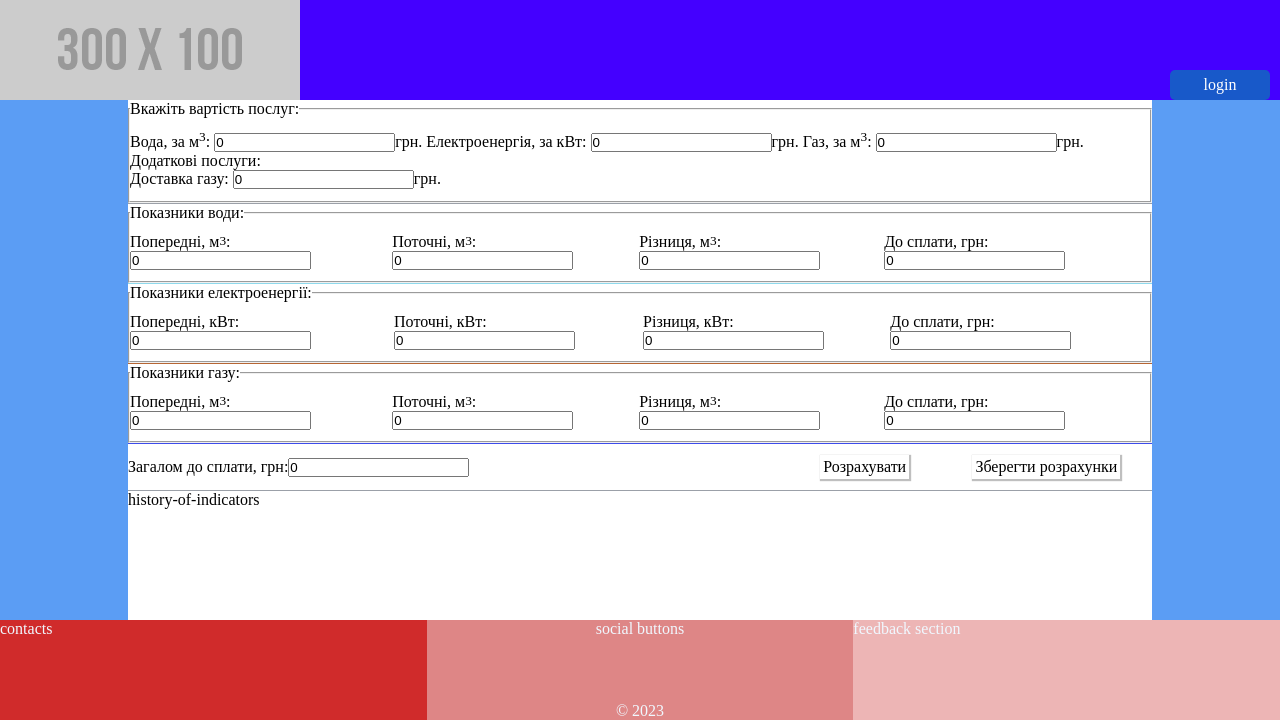
Repository: ruslan-horaiskyi/utility-calculator
Page: calculation-page.html
An editor plug-in stored every save of this project. The page is shown before and after the next save, followed by the edit.
The browser window is 1280 px wide. The pictures show the whole page.

Above is the page before, as saved 2023-02-06 18:27:54.

### calculation-page.html
<!DOCTYPE html>
<html lang="en">
  <head>
    <meta charset="UTF-8" />
    <meta http-equiv="X-UA-Compatible" content="IE=edge" />
    <meta name="viewport" content="width=device-width, initial-scale=1.0" />
    <title>Utility Calculator</title>
    <link rel="stylesheet" href="./css/main.css" />
    <link rel="stylesheet" href="./css/calculation-page.css" />
  </head>

  <body>
    <div class="wrapper">
      <div class="wrapper_header">
        <div class="header_logo">
          <div><img class="logo_img" src="./img/300x100.png" alt="logo" /></div>
        </div>
        <div class="header_userbar">
          <div class="login_button">login</div>
        </div>
      </div>
      <div class="wrapper__main_content">
        <div class="calculation_area">
          <form class="calculation_form">
            <div class="calculation_form__costs utilities">
              <fieldset class="costs_fieldset">
                <legend class="costs_legend">Вкажіть вартість послуг:</legend>
                <div>
                  <label
                    >Вода, за м<sup>3</sup>:
                    <input
                      type="number"
                      id="water_cost"
                      class="input cost_input"
                      min="0"
                      value="0"
                      placeholder="Вода"
                    />грн.</label
                  >
                  <label
                    >Електроенергія, за кВт:
                    <input
                      type="number"
                      id="electricity_cost"
                      class="input cost_input"
                      placeholder="Електроенергія"
                      min="0"
                      value="0"
                    />грн.</label
                  >
                  <label
                    >Газ, за м<sup>3</sup>:
                    <input
                      type="number"
                      id="gas_cost"
                      class="input cost_input"
                      placeholder="Газ"
                      min="0"
                      value="0"
                    />грн.</label
                  >
                </div>
                <div>Додаткові послуги:</div>
                <div class="additional_services__div">
                  <label
                    >Доставка газу:
                    <input
                      type="number"
                      id="gas_delivery"
                      class="input"
                      placeholder="Вартість послуги"
                      min="0"
                      value="0"
                    />грн.</label
                  >
                </div>
              </fieldset>
            </div>

            <div class="calculation_form__water_indicators utilities">
              <fieldset class="utilities_fieldset">
                <legend class="water_indicators_legend">Показники води:</legend>
                <label class="utilities_label"
                  >Попередні, м<sup>3</sup>:
                  <input
                    class="input indicator_input"
                    type="number"
                    id="previous_water"
                    name="previous_water"
                    placeholder="000000"
                    value="0"
                    min="0"
                /></label>
                <label class="utilities_label"
                  >Поточні, м<sup>3</sup>:
                  <input
                    class="input indicator_input"
                    type="number"
                    id="current_water"
                    name="current_water"
                    placeholder="000000"
                    min="0"
                    value="0"
                /></label>
                <label class="utilities_label"
                  >Різниця, м<sup>3</sup>:
                  <div>
                    <input
                      class="input difference_input"
                      type="text"
                      id="water_difference"
                      placeholder="0"
                      value="0"
                      min="0"
                      readonly
                    /></div
                ></label>
                <label class="utilities_label"
                  >До сплати, грн:
                  <div>
                    <input
                      class="input to_pay__input"
                      type="number"
                      id="water_to_pay"
                      value="0"
                      min="0"
                      readonly
                    /></div
                ></label>
              </fieldset>
            </div>

            <div class="calculation_form__electricity_indicators utilities">
              <fieldset class="utilities_fieldset">
                <legend class="electricity_indicators_legend">
                  Показники електроенергії:
                </legend>
                <label class="utilities_label"
                  >Попередні, кВт:
                  <input
                    class="input indicator_input"
                    type="number"
                    id="previous_electricity"
                    name="previous_electricity"
                    placeholder="000000"
                    min="0"
                    value="0"
                /></label>
                <label class="utilities_label"
                  >Поточні, кВт:
                  <input
                    class="input indicator_input"
                    type="number"
                    id="current_electricity"
                    name="current_electricity"
                    placeholder="000000"
                    min="0"
                    value="0"
                /></label>
                <label class="utilities_label"
                  >Різниця, кВт:
                  <div>
                    <input
                      class="input difference_input"
                      type="number"
                      id="electricity_difference"
                      placeholder="0"
                      value="0"
                      min="0"
                      readonly
                    /></div
                ></label>
                <label class="utilities_label"
                  >До сплати, грн:
                  <div>
                    <input
                      class="input to_pay__input"
                      type="number"
                      id="electricity_to_pay"
                      value="0"
                      min="0"
                      readonly
                    /></div
                ></label>
              </fieldset>
            </div>

            <div class="calculation_form__gas_indicators utilities">
              <fieldset class="utilities_fieldset">
                <legend class="gas_indicators_legend">Показники газу:</legend>
                <label class="utilities_label"
                  >Попередні, м<sup>3</sup>:
                  <input
                    class="input indicator_input"
                    type="number"
                    id="previous_gas"
                    name="previous_gas"
                    placeholder="000000"
                    min="0"
                    value="0"
                /></label>
                <label class="utilities_label"
                  >Поточні, м<sup>3</sup>:
                  <input
                    class="input indicator_input"
                    type="number"
                    id="current_gas"
                    name="current_gas"
                    placeholder="000000"
                    min="0"
                    value="0"
                /></label>
                <label class="utilities_label"
                  >Різниця, м<sup>3</sup>:
                  <div>
                    <input
                      class="input difference_input"
                      type="number"
                      id="gas_difference"
                      placeholder="0"
                      value="0"
                      min="0"
                      readonly
                    /></div
                ></label>
                <label class="utilities_label"
                  >До сплати, грн:
                  <div>
                    <input
                      class="input to_pay__input"
                      type="number"
                      id="gas_to_pay"
                      value="0"
                      min="0"
                      readonly
                    /></div
                ></label>
              </fieldset>
            </div>

            <div class="calculation_form__total_payment utilities">
              <label class="utilities_label" id="total_to_pay__label"
                >Загалом до сплати, грн:
                <div>
                  <input
                    class="input"
                    type="number"
                    id="total_to_pay"
                    value="0"
                    min="0"
                    readonly
                  /></div
              ></label>
              <div id="calculate_buttons_block">
                <div id="calculate_button" class="button">
                  Розрахувати
                </div>
                <div id="save_calculation__button" class="button">
                  Зберегти розрахунки
                </div>
              </div>
            </div>
          </form>

          <div class="history_of_indicators utilities">
            <div>history-of-indicators</div>
          </div>
        </div>
      </div>

      <div class="wrapper_footer">
        <div class="footer_contacts"><span>contacts</span></div>
        <div class="footer_social">
          <span>social buttons</span>
          <div class="current_year">&copy; <span id="current_year"></span></div>
        </div>
        <div class="footer_feedback"><span>feedback section</span></div>
      </div>
    </div>
    <script src="./js/main.js"></script>
    <script src="./js/calculation-page.js"></script>
  </body>
</html>

### css/main.css
* {
  margin: 0;
  padding: 0;
}

.wrapper {
  display: flex;
  flex-direction: column;
  min-height: 100vh;
}

.wrapper_header {
  display: flex;
  height: 100px;
  background-color: green;
}

.header_logo {
  width: max-content;
  background-color: aqua;
}

.header_userbar {
  background-color: rgb(68, 0, 255);
  flex: 1;
  display: flex;
  justify-content: flex-end;
  align-items: flex-end;
  padding: 0 10px;
}

.login_button {
  display: flex;
  width: 100px;
  height: 30px;
  border: none;
  border-radius: 5px;
  color: #fff;
  background-color: #1859c9;
  cursor: pointer;
  align-items: center;
  justify-content: center;
}

.header_userbar_login_button:hover {
  background-color: #1859c9db;
}

.wrapper_footer {
  display: flex;
  height: 100px;
  flex: 0 0 auto;
  color: aliceblue;
  background-color: black;
}

.footer_contacts {
  flex: 1;
  height: 100px;
  background-color: rgb(208, 43, 43);
}

.footer_social {
  display: flex;
  flex-direction: column;
  flex: 1;
  align-items: center;
  justify-content: space-between;
  height: 100px;
  background-color: rgb(222, 134, 134);
}

.footer_feedback {
  flex: 1;
  height: 100px;
  background-color: rgb(237, 181, 181);
}

### css/calculation-page.css
.wrapper__main_content {
  display: flex;
  flex-direction: column;
  justify-content: flex-start;
  align-items: center;
  flex-grow: 1;
  background-color: rgb(91, 157, 244);
}

.calculation_area {
  display: flex;
  flex-direction: column;
  flex-grow: 1;
  width: 100%;
  max-width: 1024px;
  background-color: #b0264b;
}

.calculation_form {
  display: flex;
  flex-direction: column;
  flex-grow: 1;
}

.costs_fieldset {
  display: flex;
  flex-direction: column;
  justify-content: center;
  width: 100%;
}

.utilities {
  display: flex;
  align-items: stretch;
  flex-grow: 1;
  background-color: #fff;
}

.utilities_label {
  display: flex;
  flex-wrap: wrap;
}

:focus::placeholder {
  color: transparent;
}

.utilities_fieldset {
  display: flex;
  align-items: center;
  width: 100%;
}

.calculation_form__costs {
  border-bottom: 1px #9ba0a8 solid;
}

.calculation_form__water_indicators {
  border-bottom: 1px #8ed9ec solid;
}

.calculation_form__electricity_indicators {
  border-bottom: 1px #b66634 solid;
}

.calculation_form__gas_indicators {
  border-bottom: 1px #3e4cea solid;
}

.calculation_form__total_payment {
  display: flex;
  justify-content: space-between;
  align-items: center;
  border-bottom: 1px #9ba0a8 solid;
}

#total_to_pay__label {
  flex-grow: 3;
}

#calculate_buttons_block {
  display: flex;
  flex-grow: 1;
  justify-content: space-around;
}

.button {
  box-shadow: 1px 1px 1px 1px rgb(0, 0, 0, 0.25);
  padding: 3px 3px;
  margin: 0 5px;
  display: flex;
  align-items: center;
  text-align: center;
}

.history_of_indicators {
  display: flex;
  flex-direction: column;
  flex-grow: 1;
  overflow-y: auto;
  max-height: 250px;
  width: 100%;
}

### js/main.js
// Header section
const logoImg       = document.querySelector('.logo_img'),
      headerUserbar = document.querySelector('.header_userbar'),
      loginButton   = document.querySelector('.login_button');

// Copyright
const year = document.getElementById("current_year");

year.innerHTML = new Date().getFullYear();

### js/calculation-page.js
// Utilities price
const waterCost = document.getElementById("water_cost"),
  electricityCost = document.getElementById("electricity_cost"),
  gasCost = document.getElementById("gas_cost"),
  gasDelivery = document.getElementById("gas_delivery");

// Water indicators
const previousWater = document.getElementById("previous_water"),
  currentWater = document.getElementById("current_water"),
  waterDifference = document.getElementById("water_difference"),
  waterToPay = document.getElementById("water_to_pay");

// Electricity indicators
const previousElectricity = document.getElementById("previous_electricity"),
  currentElectricity = document.getElementById("current_electricity"),
  electricityDifference = document.getElementById("electricity_difference"),
  electricityToPay = document.getElementById("electricity_to_pay");

// Gas indicators
const previousGas = document.getElementById("previous_gas"),
  currentGas = document.getElementById("current_gas"),
  gasDifference = document.getElementById("gas_difference"),
  gasToPay = document.getElementById("gas_to_pay");

// Total to pay and save calculation button
const totalToPay = document.getElementById("total_to_pay"),
  saveCalculationButton = document.getElementById("save_calculation__button"),
  calculateButton = document.getElementById("calculate_button");

// History of indicators
const historyOfIndicators = document.querySelector(".history_of_indicators");

const indicatorInputs = document.querySelectorAll(".indicator_input");
const inputs = document.querySelectorAll(".input");
const costInputs = document.querySelectorAll(".cost_input");

const removeDefaultZero = ({ target }) => {
  target.value = target.value > 0 ? target.value : "";
};

for (const input of inputs) {
  input.addEventListener("focus", removeDefaultZero);
}

const emptyValueToZero = ({ target }) => {
  target.value = target.value > 0 ? target.value : (target.value = 0);
};

for (const input of inputs) {
  input.addEventListener("blur", emptyValueToZero);
}

const setIndicatorsDifference = () => {
  waterDifference.value = Math.abs(
    parseInt(currentWater.value) - parseInt(previousWater.value)
  );

  electricityDifference.value = Math.abs(
    parseInt(currentElectricity.value) - parseInt(previousElectricity.value)
  );

  gasDifference.value = Math.abs(
    parseInt(currentGas.value) - parseInt(previousGas.value)
  );
}

const setIndicatorsToPay = () => {
  if (waterDifference.value >= 0 && waterCost.value > 0) {
    waterToPay.value = parseFloat(
      waterDifference.value * waterCost.value
    ).toFixed(2);
  }
  if (electricityDifference.value >= 0 && electricityCost.value > 0) {
    electricityToPay.value = parseFloat(
      electricityDifference.value * electricityCost.value
    ).toFixed(2);
  }
  if (gasDifference.value >= 0 && gasCost.value > 0) {
    gasToPay.value = parseFloat(gasDifference.value * gasCost.value
    ).toFixed(2);
  }
}

for (let input of indicatorInputs) {
  input.addEventListener("input", () => {
    setIndicatorsDifference();
    setIndicatorsToPay();
  });
}

for (let input of costInputs) {
  input.addEventListener("input", setIndicatorsToPay);
}

const setTotalToPay = () => {
  totalToPay.value = parseFloat(
    parseFloat(waterToPay.value) +
      parseFloat(electricityToPay.value) +
      parseFloat(gasToPay.value) +
      parseFloat(gasDelivery.value)
  ).toFixed(2);
};

calculateButton.addEventListener("click", setTotalToPay);

After the next save:
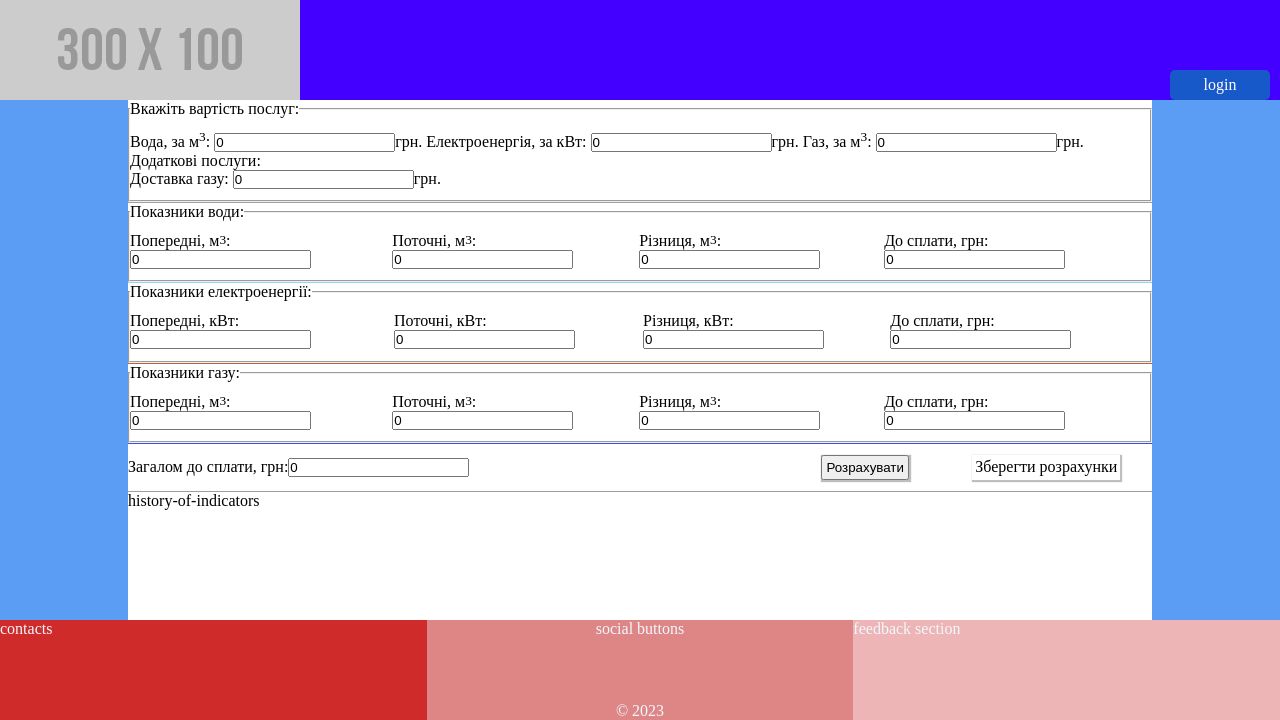
Saved 30 min 29 s later.
--- a/calculation-page.html
+++ b/calculation-page.html
@@ -252,9 +252,9 @@
                   /></div
               ></label>
               <div id="calculate_buttons_block">
-                <div id="calculate_button" class="button">
+                <button id="calculate_button" class="button">
                   Розрахувати
-                </div>
+                </button>
                 <div id="save_calculation__button" class="button">
                   Зберегти розрахунки
                 </div>
